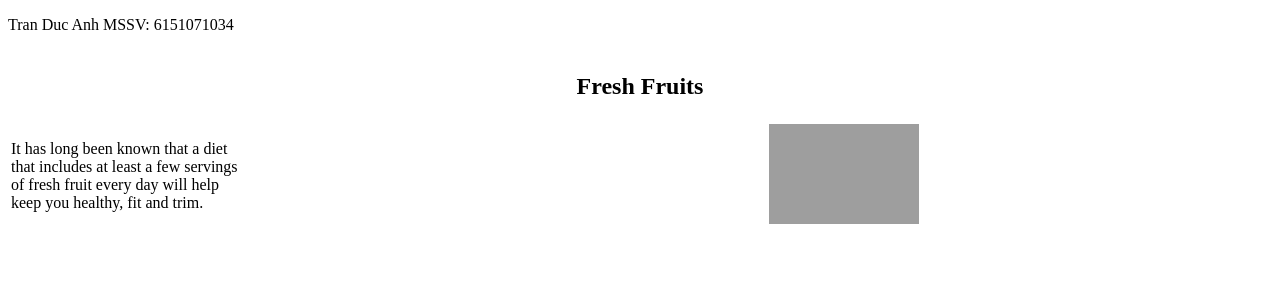
Repository: Helianthusss/Learn-CPP
Page: HTML/lap2/bai1.html
The author's editor kept a copy of each file at every save. The page is drawn from the files as they stood at one save, then again after a run of saves.
The browser window is 1280 px wide. The pictures show the whole page.
Pictures or frames that could not be fetched are drawn as grey boxes.

Above is the page before, as saved 2021-09-22 10:32:39.

After the next 2 saves:
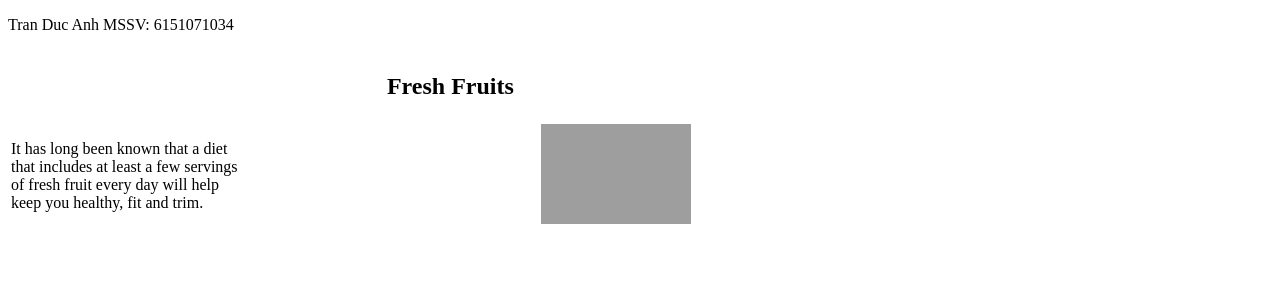
The 2 saves are shown as one change because they came seconds apart.
The last was saved 9 s later.
--- a/HTML/lap2/bai1.html
+++ b/HTML/lap2/bai1.html
@@ -8,7 +8,7 @@
   </head>
   <body>
     <p>Tran Duc Anh MSSV: 6151071034</p>
-    <table style="width: 100%">
+    <table style="width: 70%">
       <tr>
         <th colspan="2"><h2>Fresh Fruits</h2></th>
       </tr>
